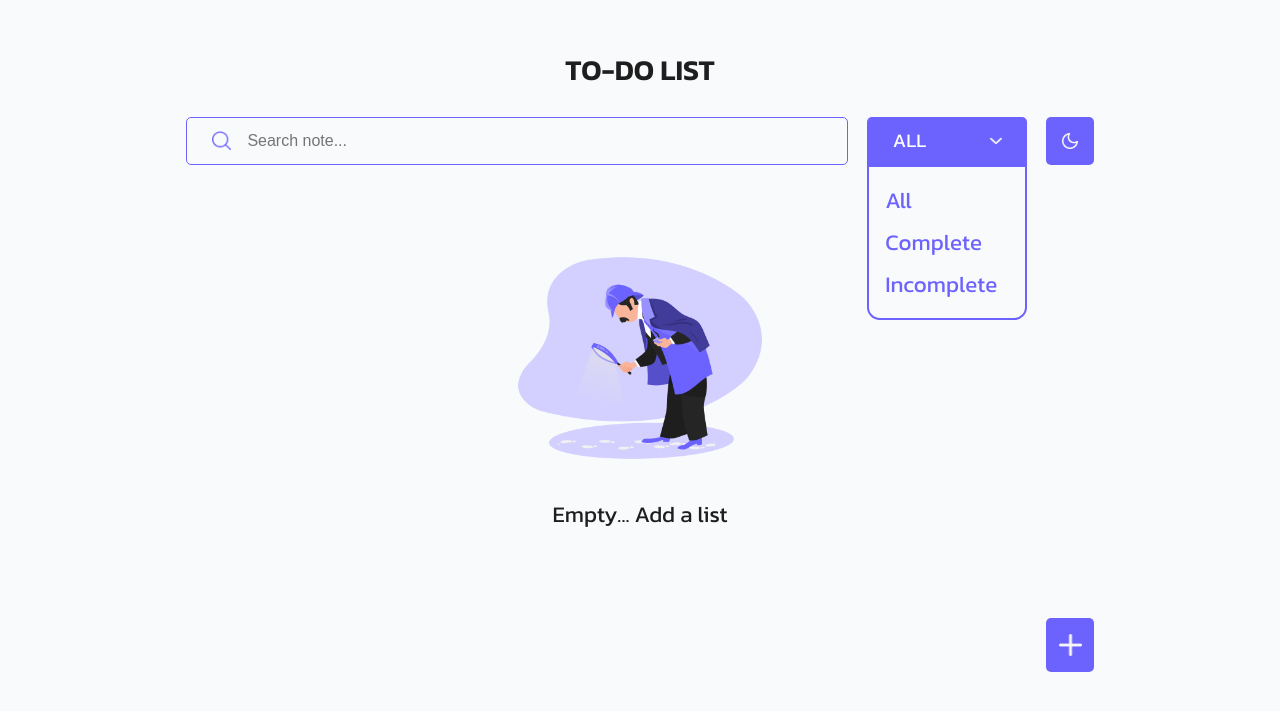
Repository: Marykeje/To-do-list
Page: index.html
The author's editor kept a copy of each file at every save. The page is drawn from the files as they stood at one save, then again after the next save.
The browser window is 1280 px wide. The pictures show the whole page.
The style sheet was rebuilt from its Sass, Less or Tailwind sources for each picture, by a compiler version that may differ from the author's.

Above is the page before, as saved 2025-12-03 12:35:53.

After the next save:
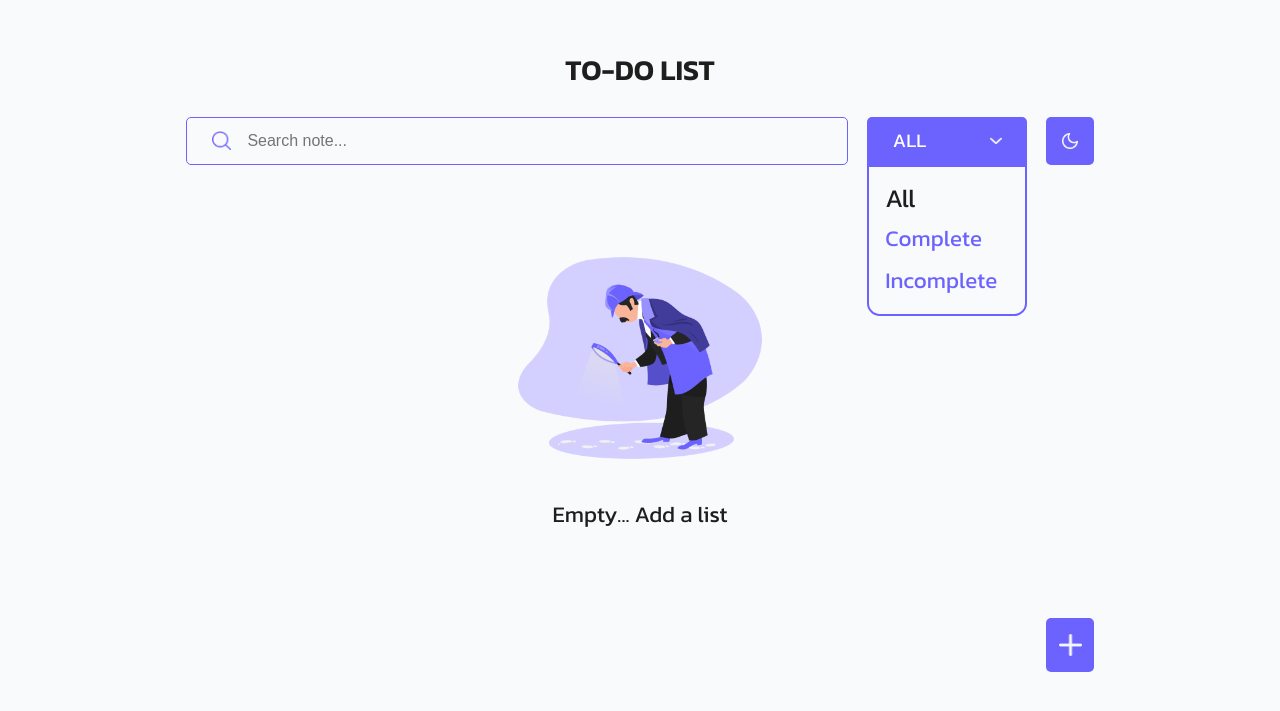
Saved 65 s later.
--- a/index.html
+++ b/index.html
@@ -23,7 +23,7 @@
                 <img src="./img/chevron-top.png" alt="" />
               </div>
               <div class="header__all-dropdown">
-                <p>All</p>
+                <a>All</a>
                 <p>Complete</p>
                 <p>Incomplete</p>
               </div>
